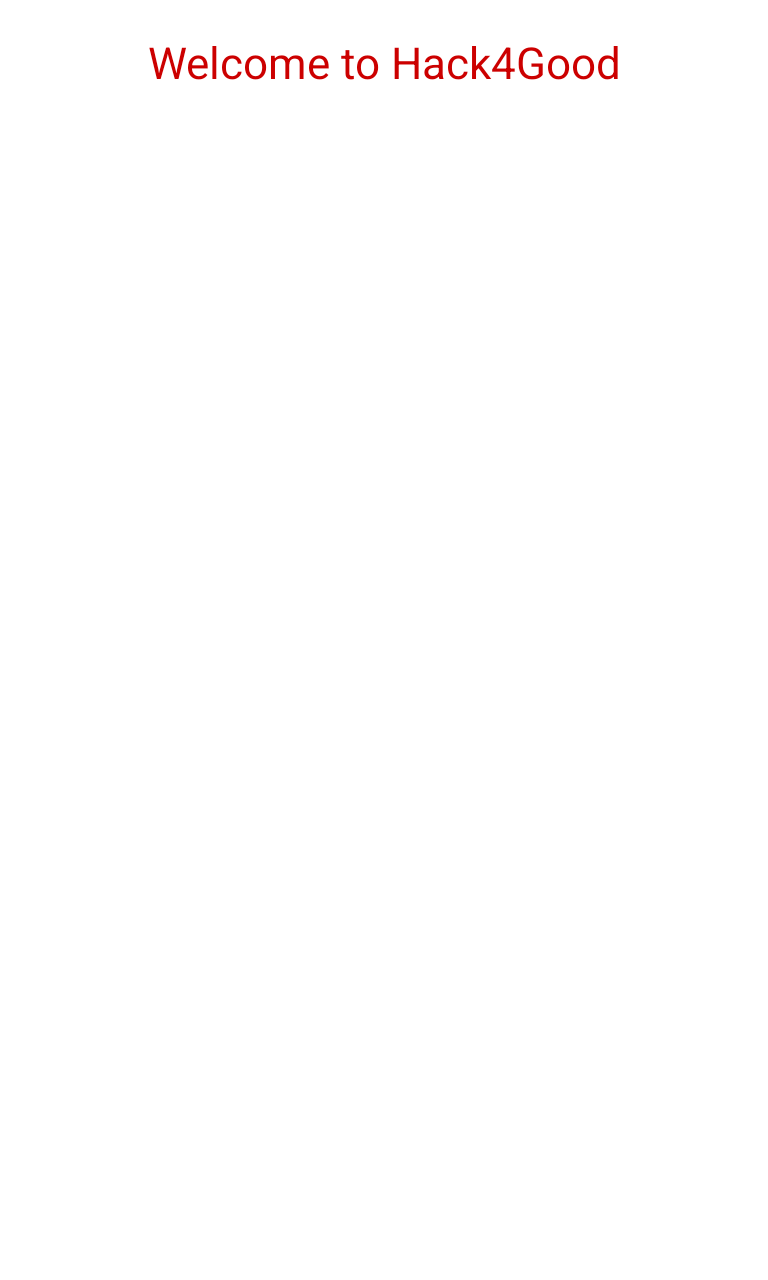
Repository: HackerspaceMumbai/kzpa
Layout: hack4change/res/layout/activity_main.xml
These files come from the project's save history. The layout is drawn as it stood at one moment and after the next save; the edit follows.
It is drawn on a 768 x 1280 px phone screen (xhdpi) without system bars, with theme AppTheme; the app's code is not run.

Above is the layout before, as saved 2014-09-13 10:06:55.

After the next save:
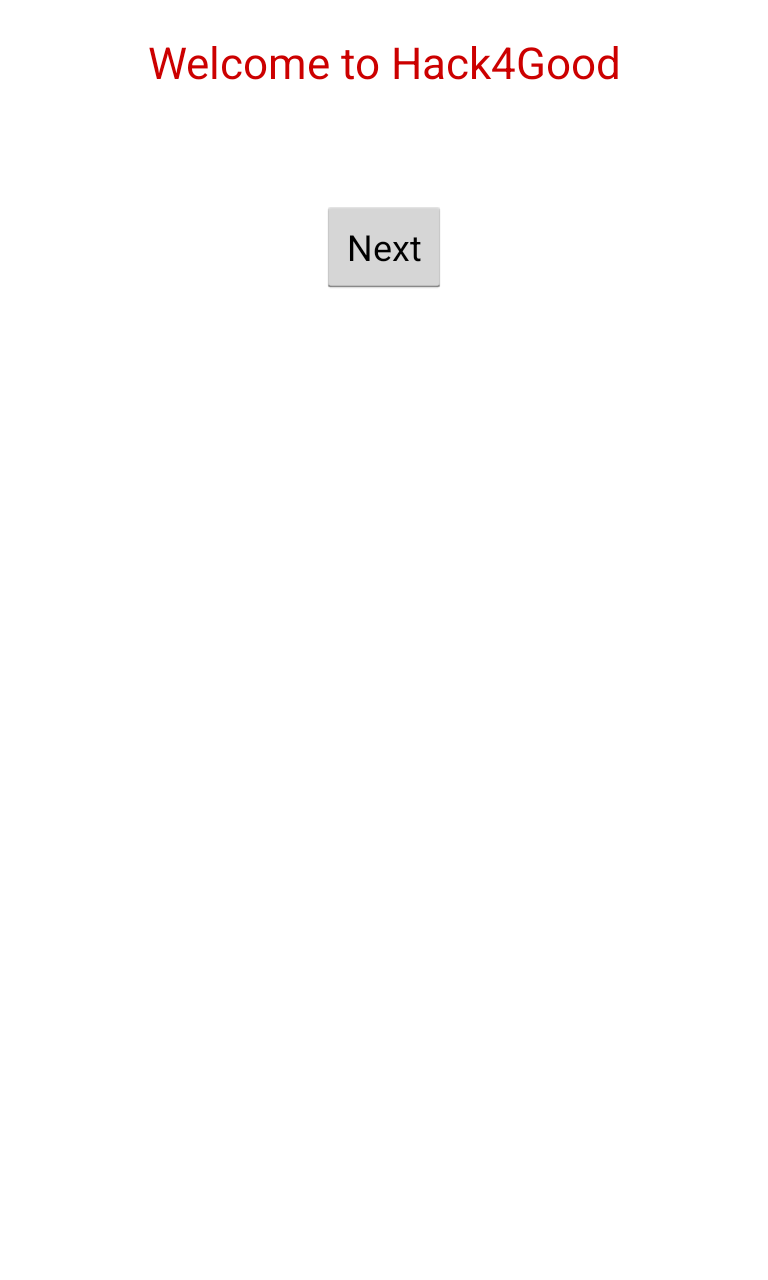
Saved 54 s later.
--- a/hack4change/res/layout/activity_main.xml
+++ b/hack4change/res/layout/activity_main.xml
@@ -9,11 +9,21 @@
     tools:context=".MainActivity" >
 
     <TextView
+        android:id="@+id/textView1"
         android:layout_width="match_parent"
         android:layout_height="wrap_content"
-        android:textColor="#CC0000"
         android:gravity="center_horizontal"
+        android:text="Welcome to Hack4Good"
         android:textAppearance="@android:style/TextAppearance.Holo.Large"
-        android:text="Welcome to Hack4Good" />
+        android:textColor="#CC0000" />
+
+    <Button
+        android:id="@+id/button1"
+        android:layout_width="wrap_content"
+        android:layout_height="wrap_content"
+        android:layout_below="@+id/textView1"
+        android:layout_centerHorizontal="true"
+        android:layout_marginTop="54dp"
+        android:text="Next" />
 
 </RelativeLayout>
